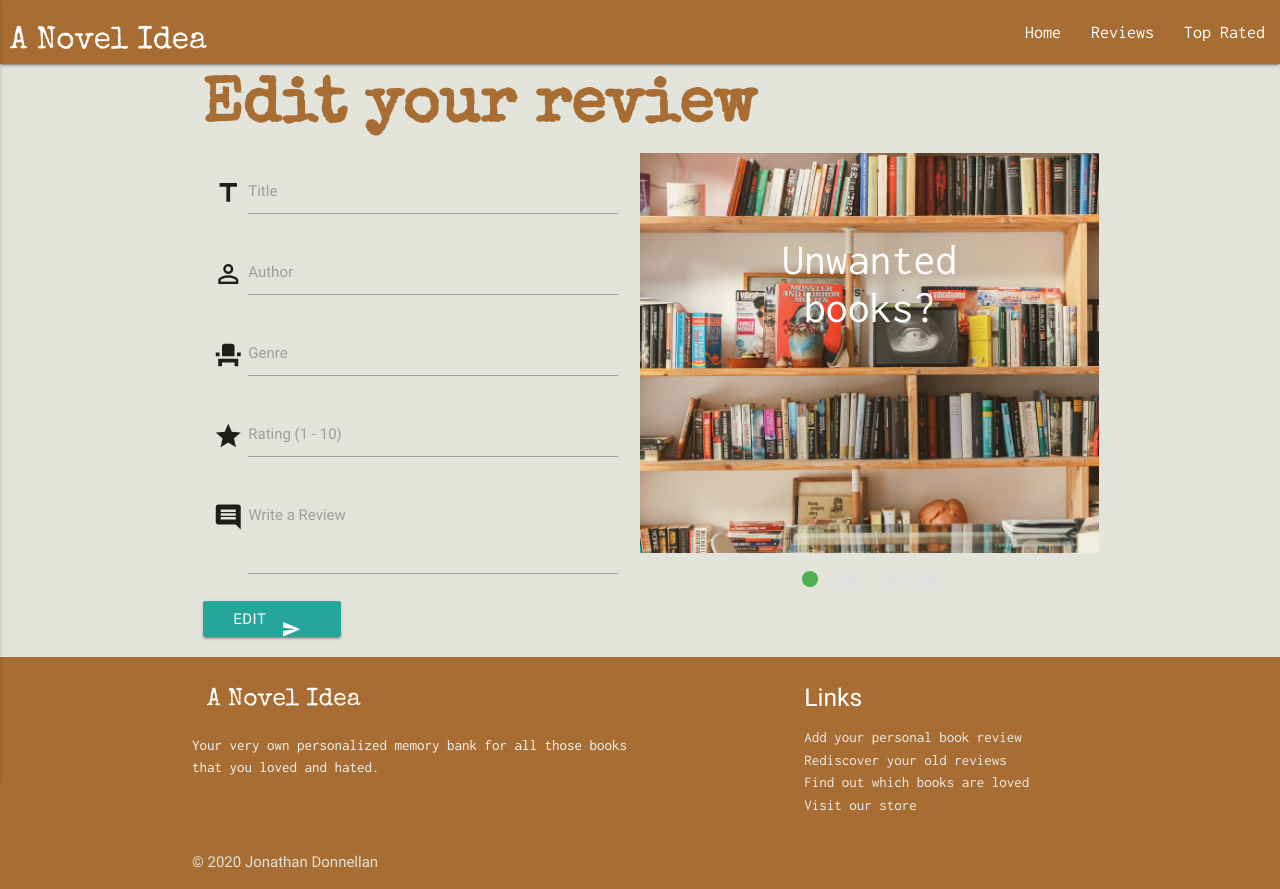
Repository: johnny-don/a-novel-idea
Page: templates/editreview.html
The author's editor kept a record of every edit. The page is drawn from the files as they stood at one moment, then again after the next edit.
The browser window is 1280 px wide. The pictures show the whole page.
Some web libraries are served in a nearby version. The page is served by the project's application, run on Flask 3 (app.py). The template is opened directly, without the code that normally fills it, so the values that code supplies are empty.

Above is the page before.

After the next edit:
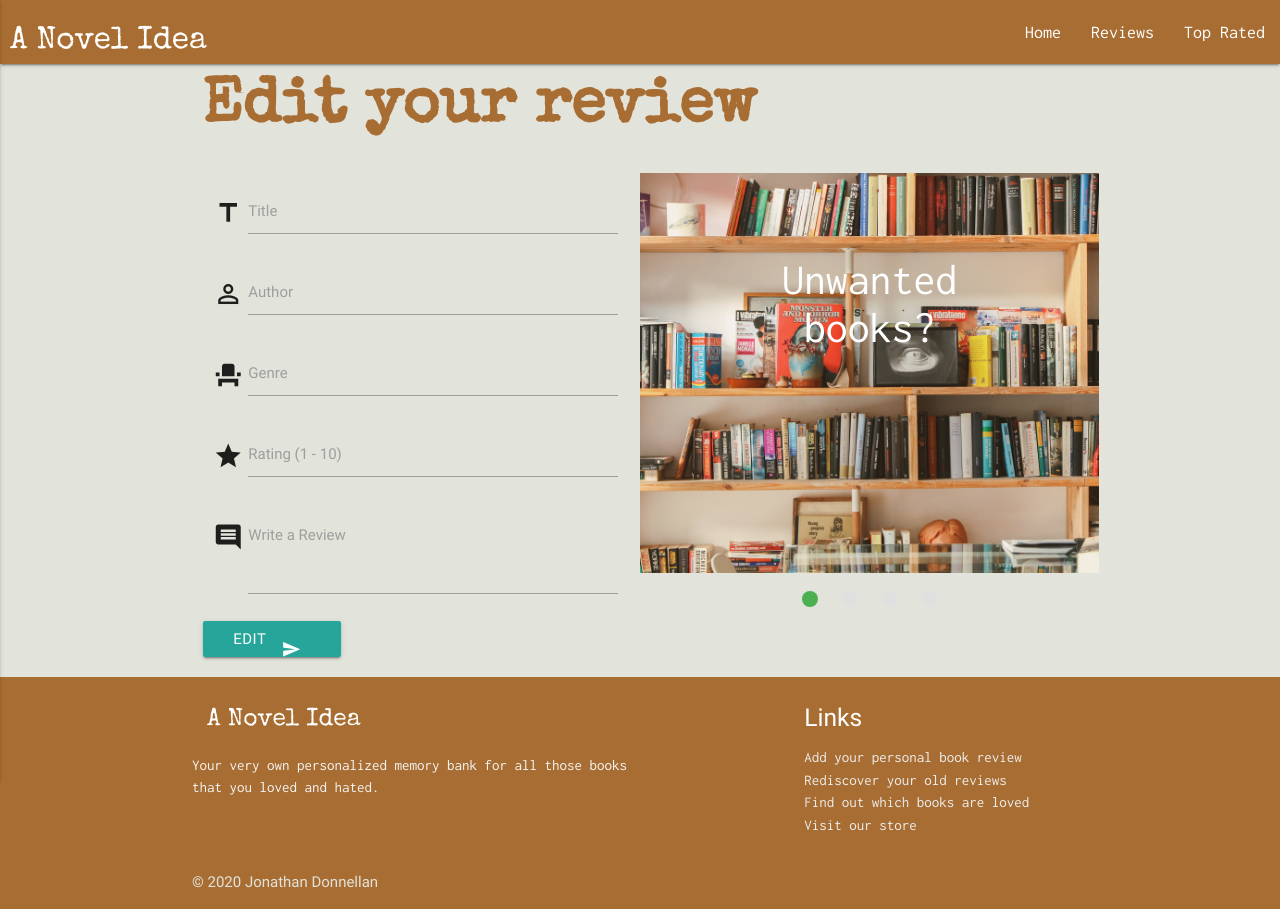
The edit:
--- a/templates/editreview.html
+++ b/templates/editreview.html
@@ -2,7 +2,7 @@
 
 <h1 class="headline">Edit your review</h1>
 
-<div class="row">
+<div class="row sections">
     <div class="col s6">
         <form action="{{url_for('update_review', review_id=review._id) }}" method="POST" class="col s12">
 
